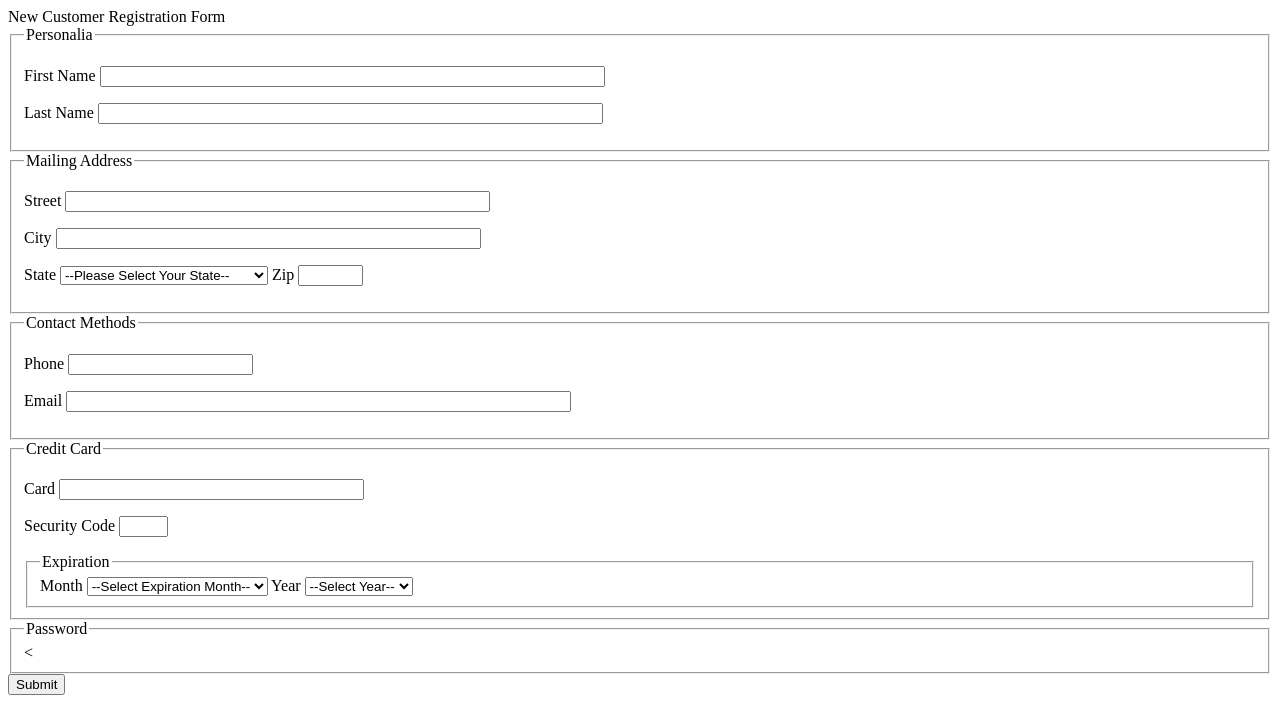
Repository: banjilawal/htdocs
Page: http://localhost/controls/new_customer-form.php
The author's editor kept a copy of each file at every save. The page is drawn from the files as they stood at one save, then again after the next save.
The browser window is 1280 px wide. The pictures show the whole page.
The page is run by PHP 8.4 with error messages shown; the project is at /var/www/html/.

Above is the page before, as saved 2022-03-26 23:58:13.

After the next save:
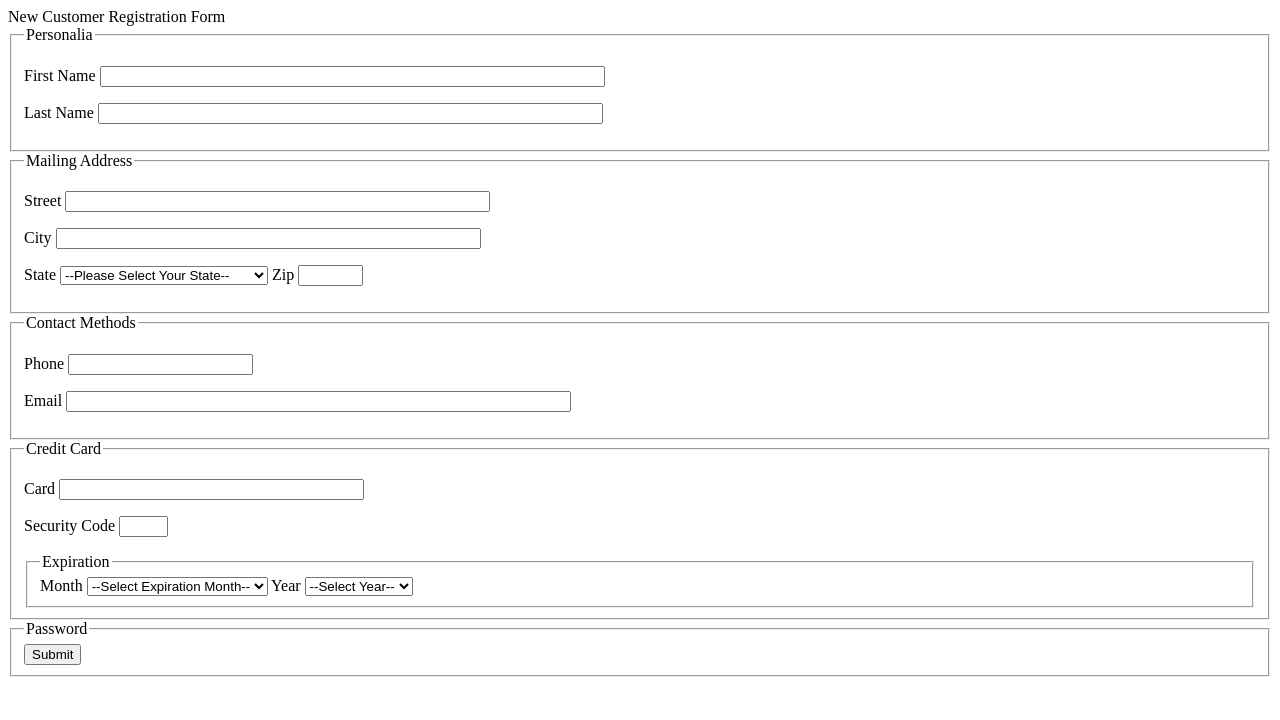
Saved 3 s later.
--- a/shop-0.01/controls/new_customer-form.php
+++ b/shop-0.01/controls/new_customer-form.php
@@ -178,7 +178,7 @@
         </fieldset>
 
         <fieldset><legend>Password</legend>
-            <
+            <label
 
         </fieldset>
 
